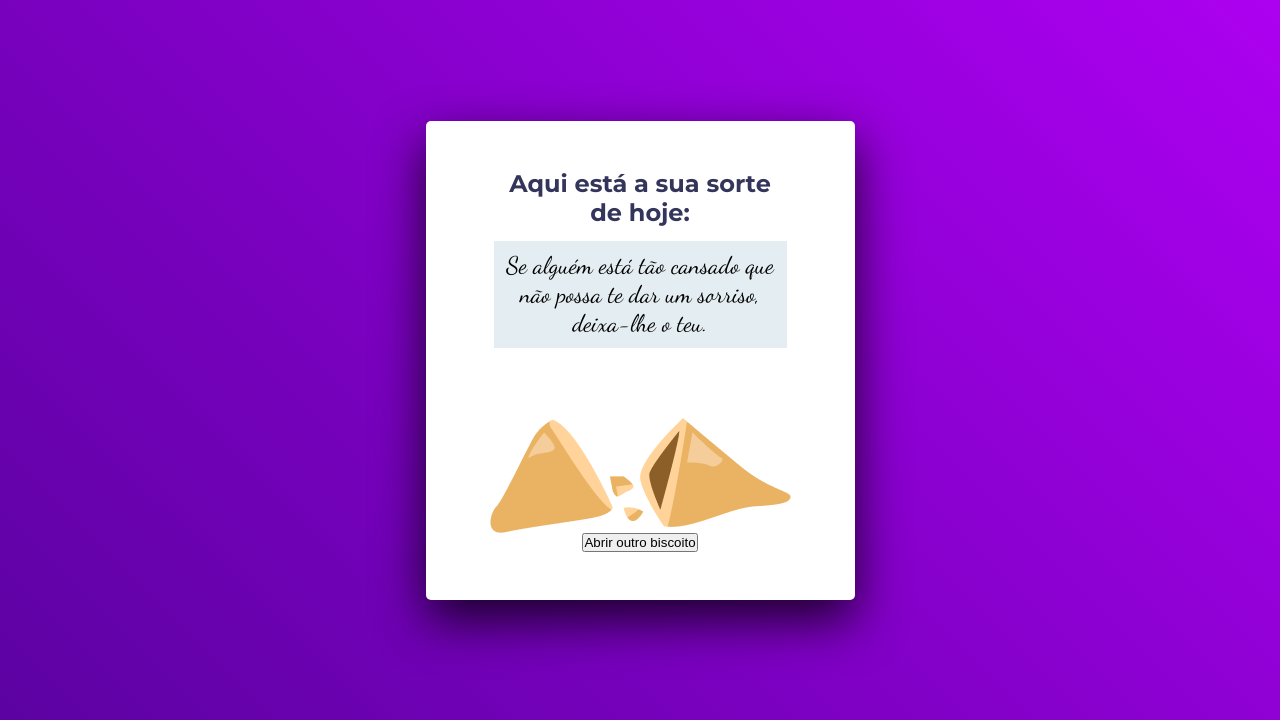
Repository: caueenrico/cookieCoach
Page: index.html
The author's editor kept a copy of each file at every save. The page is drawn from the files as they stood at one save, then again after the next save.
The browser window is 1280 px wide. The pictures show the whole page.

Above is the page before, as saved 2023-06-27 16:48:09.

After the next save:
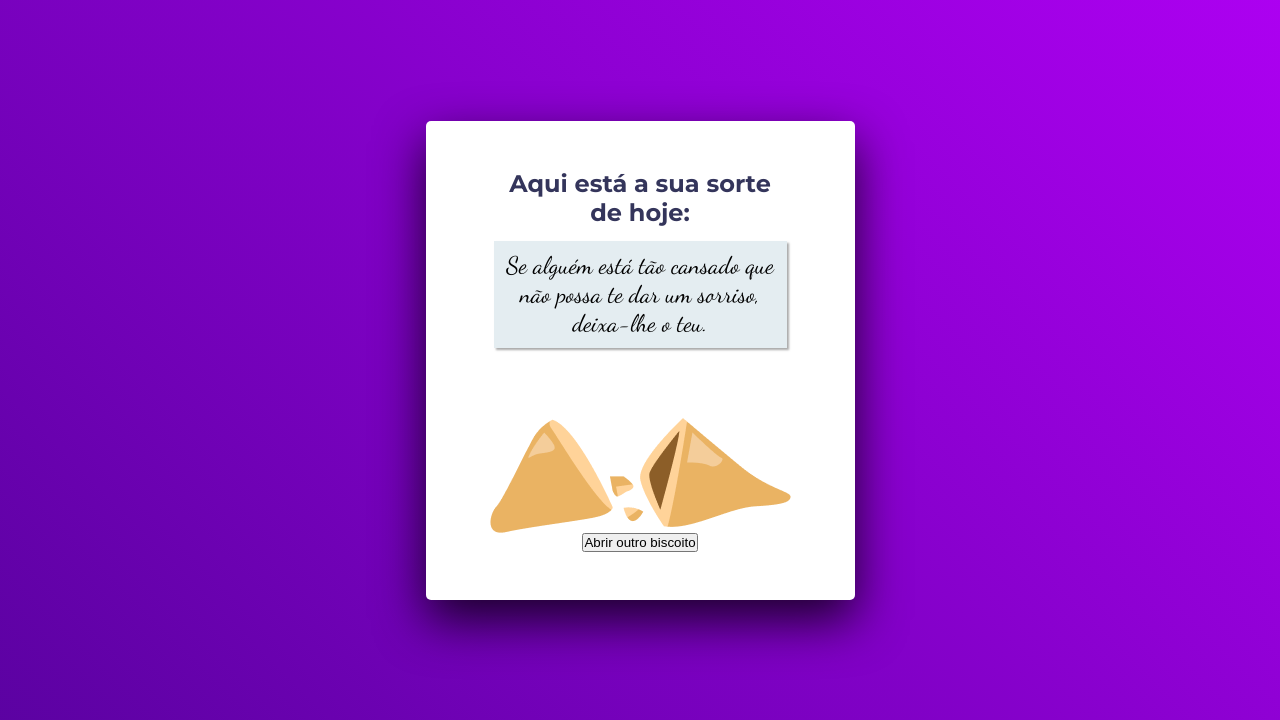
Saved 35 s later.
--- a/style.css
+++ b/style.css
@@ -112,6 +112,8 @@ span {
   font-family: Dancing Script;
   color: #000;
 
+  box-shadow: 2px 2px 2px 0px rgba(85, 85, 85, 0.50);
+
   margin-bottom: 7.0rem;
 }
 
